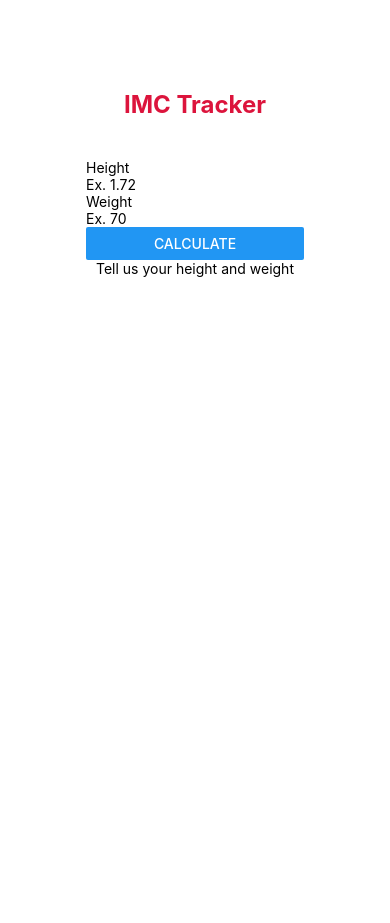
Repository: rubenmatias08/IMCTracker
Screen: /
An editor plug-in stored every save of this project. The screen is shown before and after the next save, followed by the edit.
The app was drawn by React Native's web renderer in a window 390 px wide. The project was rebuilt for these pictures with package versions that can differ from the ones it lists, and the page was loaded fresh each time.

Above is the screen before, as saved 2024-03-10 17:26:46.

### App.js
import { StyleSheet, View } from 'react-native';
import Title from './src/components/Title';
import Form from './src/components/Form/index'

export default function App() {
  return (
    <View style={styles.container}>
      <Title/>
      <Form />
    </View>
  );
}

const styles = StyleSheet.create({
  container: {
    flex: 1,
    backgroundColor: 'f8f8ff',
    paddingTop: 80,

  },
});



/*
   alignItems: 'center',
    justifyContent: 'center',

*/

### src/components/Title/index.js
import React from "react";
import { View,Text } from "react-native"; //Componentes
import styles from "./style";

export default function Title(){
    return(
        <View style={styles.boxTitle}>
            <Text style={styles.textTitle}>IMC Tracker</Text>
        </View>
    )
}

//Para aplicar a estilização colocamos: style={nomedoficheiroimportado.propriedadeJSON}

### src/components/Form/index.js
import React , {useState} from "react";
import { TextInput, View, Text, Button } from "react-native";
import ResultIMC from "./ResultIMC";
import styles from "./style";


export default function Form(){

    const [height, setHeight] = useState(null); // Altura
    const [weight, setWeight] = useState(null); // Peso
    const [messageIMC, setmessageIMC] = useState("Tell us your height and weight"); // Mensagem que contem o resultado
    const [imc,setIMC] = useState(null); // valor do IMC
    const [textButton, setTextButton] = useState("Calculate"); //

    //Calcular o imc é altura x altura a dividir por peso
    //E vamos querer que nos retorne o resultado (toFixed) que é para vir com 2 casas decimais apenas.
    function CalculatorIMC(){
        return setIMC((weight / (height * height)).toFixed(2))
    }

    //Caso os valores tiverem sido preenchidos ele valida, caso contrário temos de avisar o usuário para preencher os dados de altura e peso.
    //Aqui com a condição é: Caso os valores de height e weight sejam diferentes de null, ou seja, estão preenchidos... Chama a função CalculatorIMC() que fará o calculo que depois nos dá o resultado.
    function ValidationIMC(){
        if(height != null && weight != null){
            CalculatorIMC() //Função do calculo
            setHeight(null) //Reset de height para que se faça depois um novo calculo
            setWeight(null) //Reset de weight para que se faça depois um novo calculo
            setmessageIMC("Your IMC is:") //Mensagem para apresentar o resultado
            setTextButton("Calculate again") //Botão com mensagem
            return //Depois de tudo isto... Retorna-nos.
        }
        setIMC(null) //caso o peso e altura sejam nulos, colocamos o imc como nulo também para que não haja resposta de possiveis calculos anteriores
        setTextButton("Calculate") //Para voltar a apresentar o texto original
        setmessageIMC("Tell us your height and weight") //Para voltar a apresentar o texto original

    }


    return(
        <View style={styles.formContent}>
            <View>
                <Text>Height</Text>
                <TextInput
                onChangeText={setHeight}
                value={height}
                placeholder="Ex. 1.72"
                keyboardType="numeric"
                />

                <Text>Weight</Text>
                <TextInput
                onChangeText={setWeight}
                value={weight}
                placeholder="Ex. 70"
                keyboardType="numeric"
                />

                <Button
                onPress={() => ValidationIMC()}
                title={textButton}/>

            </View>
            <ResultIMC messageResultImc={messageIMC} resultImc={imc}/>
        </View>
    )
}

//O keyboardType indica qual o tipo de teclado que ele vai abrir
//No <ResultIMC> leva duas props com propriedades dinamicas.

### src/components/Title/style.js
import { StyleSheet } from "react-native";

const styles = StyleSheet.create( {
    boxTitle: {
        alignItems: "center",
        justifyContent: "center",
        padding: 10,
    },
    textTitle: {
        color:"#DC143C",
        fontSize:24,
        fontWeight:"bold"
    }
});

export default styles;

### src/components/Form/ResultIMC/index.js
import React from "react";
import { View , Text } from "react-native";

export default function ResultIMC(props){
    return(
        <View>
            <Text>{props.messageResultImc}</Text>
            <Text>{props.resultImc}</Text>
        </View>
    )
}

//Neste componente vai ser mostrado o resultado do valor de IMC e uma mensagem com o valor desse IMC.

### src/components/Form/style.js
import { StyleSheet } from "react-native";

const styles = StyleSheet.create( {
    formContent: {
        width:"100%",
        height:"100%",
        bottom:0,
        backgroundColor:"#ffffff",
        alignItems:"center",
        marginTop:30,
    }
});

export default styles;

After the next save:
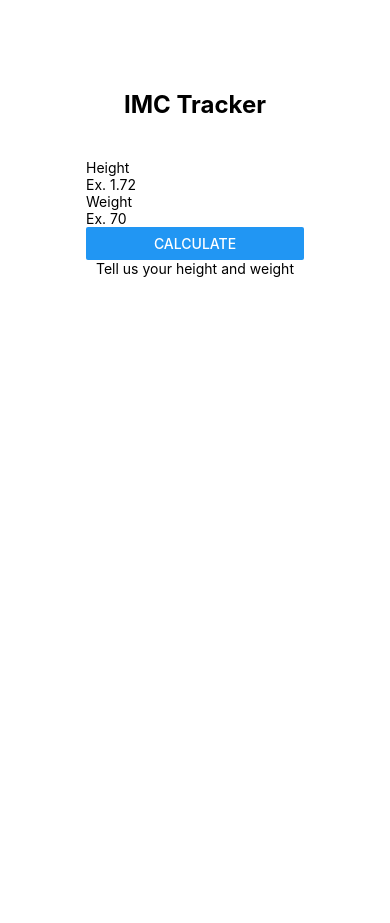
Saved 50 s later.
--- a/src/components/Title/style.js
+++ b/src/components/Title/style.js
@@ -7,7 +7,7 @@ const styles = StyleSheet.create( {
         padding: 10,
     },
     textTitle: {
-        color:"#DC143C",
+        color:"",
         fontSize:24,
         fontWeight:"bold"
     }
